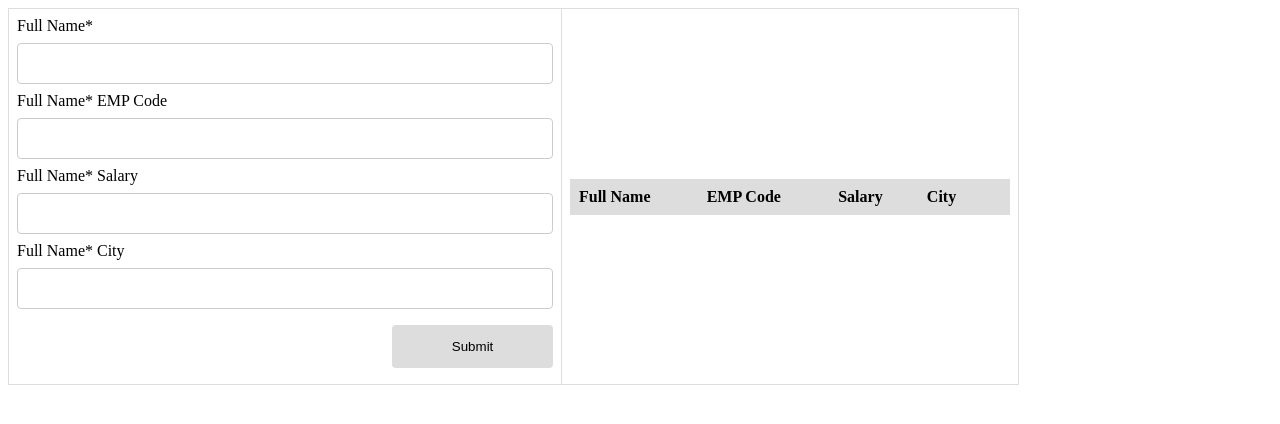
Repository: JohnRudolph1/CRUD-App
Page: index.html
The author's editor kept a copy of each file at every save. The page is drawn from the files as they stood at one save, then again after the next save.
The browser window is 1280 px wide. The pictures show the whole page.

Above is the page before, as saved 2021-12-10 22:57:34.

### index.html
<!DOCTYPE html>
<html>

<head>
    <title>
        Html CRUD with Pure JavaScript
    </title>
    <link rel="stylesheet" href="stylles.css">
</head>

<body>
    <table>
        <tr>
            <td>
                <form onsubmit="event.preventDefault();onFormSubmit();" autocomplete="off">
                    <div>
                        <label>Full Name*</label><label class="validation-error hide" id="fullNameValidationError">This
                            field is required.</label>
                        <input type="text" name="fullName" id="fullName">
                    </div>
                    <div>
                        <label>Full Name*</label><label class="validation-error hide" id="empCodeValidationError">This
                            field is required.</label>
                        <label>EMP Code</label>
                        <input type="text" name="empCode" id="empCode">
                    </div>
                    <div>
                        <label>Full Name*</label><label class="validation-error hide" id="salaryValidationError">This
                            field is required.</label>
                        <label>Salary</label>
                        <input type="text" name="salary" id="salary">
                    </div>
                    <div>
                        <label>Full Name*</label><label class="validation-error hide" id="cityValidationError">This
                            field is required.</label>
                        <label>City</label>
                        <input type="text" name="city" id="city">
                    </div>
                    <div class="form-action-buttons">
                        <input type="submit" value="Submit">
                    </div>
                </form>
            </td>
            <td>
                <table class="list" id="employeeList">
                    <thead>
                        <tr>
                            <th>Full Name</th>
                            <th>EMP Code</th>
                            <th>Salary</th>
                            <th>City</th>
                            <th></th>
                        </tr>
                    </thead>
                    <tbody>

                    </tbody>
                </table>
            </td>
        </tr>
    </table>
    <script src="script.js"></script>
</body>

</html>

### stylles.css
body > table {
  width: 80%;
}

table {
  border-collapse: collapse;
}
table.list {
  width: 100%;
}

td,
th {
  border: 1px solid #dddddd;
  text-align: left;
  padding: 8px;
}
tr:nth-child(even),
table.list thead > tr {
  background-color: #dddddd;
}

input[type="text"],
input[type="number"] {
  width: 100%;
  padding: 12px 20px;
  margin: 8px 0;
  display: inline-block;
  border: 1px solid #ccc;
  border-radius: 4px;
  box-sizing: border-box;
}

input[type="submit"] {
  width: 30%;
  background-color: #ddd;
  color: #000;
  padding: 14px 20px;
  margin: 8px 0;
  border: none;
  border-radius: 4px;
  cursor: pointer;
}

form div.form-action-buttons {
  text-align: right;
}

a {
  cursor: pointer;
  text-decoration: underline;
  color: #0000ee;
  margin-right: 4px;
}

label.validation-error {
  color: red;
  margin-left: 5px;
}

.hide {
  display: none;
}

### script.js
var selectedRow = null;

function onFormSubmit() {
  if (validate()) {
    var formData = readFormData();
    if (selectedRow == null) insertNewRecord(formData);
    else updateRecord(formData);
    resetForm();
  }
}

function readFormData() {
  var formData = {};
  formData["fullName"] = document.getElementById("fullName").value;
  formData["empCode"] = document.getElementById("empCode").value;
  formData["salary"] = document.getElementById("salary").value;
  formData["city"] = document.getElementById("city").value;
  return formData;
}

function insertNewRecord(data) {
  var table = document
    .getElementById("employeeList")
    .getElementsByTagName("tbody")[0];
  var newRow = table.insertRow(table.length);
  cell1 = newRow.insertCell(0);
  cell1.innerHTML = data.fullName;
  cell2 = newRow.insertCell(1);
  cell2.innerHTML = data.empCode;
  cell3 = newRow.insertCell(2);
  cell3.innerHTML = data.salary;
  cell4 = newRow.insertCell(3);
  cell4.innerHTML = data.city;
  cell4 = newRow.insertCell(4);
  cell4.innerHTML = `<a onClick="onEdit(this)">Edit</a>
                       <a onClick="onDelete(this)">Delete</a>`;
}

function resetForm() {
  document.getElementById("fullName").value = "";
  document.getElementById("empCode").value = "";
  document.getElementById("salary").value = "";
  document.getElementById("city").value = "";
  selectedRow = null;
}

function onEdit(td) {
  selectedRow = td.parentElement.parentElement;
  document.getElementById("fullName").value = selectedRow.cells[0].innerHTML;
  document.getElementById("empCode").value = selectedRow.cells[1].innerHTML;
  document.getElementById("salary").value = selectedRow.cells[2].innerHTML;
  document.getElementById("city").value = selectedRow.cells[3].innerHTML;
}
function updateRecord(formData) {
  selectedRow.cells[0].innerHTML = formData.fullName;
  selectedRow.cells[1].innerHTML = formData.empCode;
  selectedRow.cells[2].innerHTML = formData.salary;
  selectedRow.cells[3].innerHTML = formData.city;
}

function onDelete(td) {
  if (confirm("Are you sure to delete this record ?")) {
    row = td.parentElement.parentElement;
    document.getElementById("employeeList").deleteRow(row.rowIndex);
    resetForm();
  }
}
function validate() {
  isValid = true;
  if (document.getElementById("fullName").value == "") {
    isValid = false;
    document.getElementById("fullNameValidationError").classList.remove("hide");
  } else {
    isValid = true;
    if (
      !document
        .getElementById("empCodeValidationError")
        .classList.contains("hide")
    )
      document.getElementById("empCodeValidationError").classList.add("hide");
  }
  return isValid;
}
// function validate() {
//     isValid = true;
//     if (document.getElementById("salary").value == "") {
//       isValid = false;
//       document.getElementById("salaryValidationError").classList.remove("hide");
//     } else {
//       isValid = true;
//       if (
//         !document
//           .getElementById("salaryValidationError")
//           .classList.contains("hide")
//       )
//         document.getElementById("salaryValidationError").classList.add("hide");
//     }
//     return isValid;
//   }
//   function validate() {
//     isValid = true;
//     if (document.getElementById("city").value == "") {
//       isValid = false;
//       document.getElementById("cityValidationError").classList.remove("hide");
//     } else {
//       isValid = true;
//       if (
//         !document
//           .getElementById("cityValidationError")
//           .classList.contains("hide")
//       )
//         document.getElementById("cityValidationError").classList.add("hide");
//     }
//     return isValid;
//   }
//   function validate() {
//     isValid = true;
//     if (document.getElementById("fullName").value == "") {
//       isValid = false;
//       document.getElementById("fullNameValidationError").classList.remove("hide");
//     } else {
//       isValid = true;
//       if (
//         !document
//           .getElementById("fullNameValidationError")
//           .classList.contains("hide")
//       )
//         document.getElementById("fullNameValidationError").classList.add("hide");
//     }
//     return isValid;
//   }

After the next save:
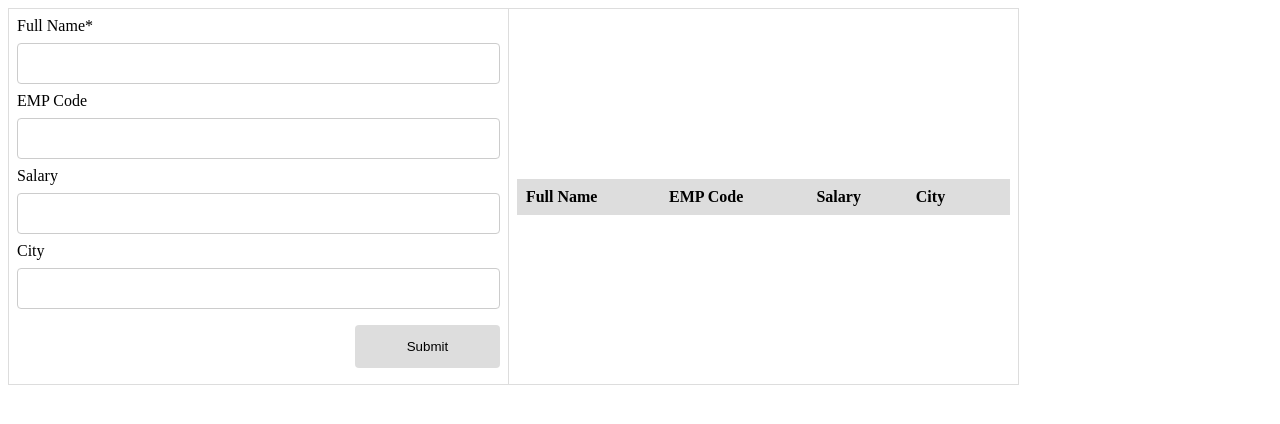
Saved 8 s later.
--- a/index.html
+++ b/index.html
@@ -19,20 +19,14 @@
                         <input type="text" name="fullName" id="fullName">
                     </div>
                     <div>
-                        <label>Full Name*</label><label class="validation-error hide" id="empCodeValidationError">This
-                            field is required.</label>
                         <label>EMP Code</label>
                         <input type="text" name="empCode" id="empCode">
                     </div>
                     <div>
-                        <label>Full Name*</label><label class="validation-error hide" id="salaryValidationError">This
-                            field is required.</label>
                         <label>Salary</label>
                         <input type="text" name="salary" id="salary">
                     </div>
                     <div>
-                        <label>Full Name*</label><label class="validation-error hide" id="cityValidationError">This
-                            field is required.</label>
                         <label>City</label>
                         <input type="text" name="city" id="city">
                     </div>

After the 3 saves that followed:
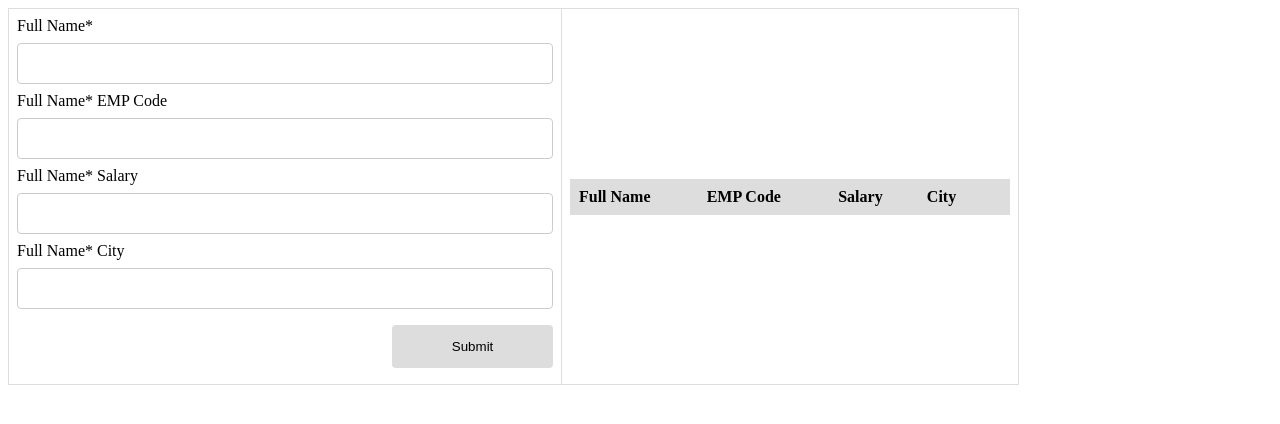
The 3 saves are shown as one change because they came seconds apart.
The last was saved 18 s later.
--- a/index.html
+++ b/index.html
@@ -19,14 +19,20 @@
                         <input type="text" name="fullName" id="fullName">
                     </div>
                     <div>
+                        <label>Full Name*</label><label class="validation-error hide" id="empCodeValidationError">This
+                            field is required.</label>
                         <label>EMP Code</label>
                         <input type="text" name="empCode" id="empCode">
                     </div>
                     <div>
+                        <label>Full Name*</label><label class="validation-error hide" id="salaryValidationError">This
+                            field is required.</label>
                         <label>Salary</label>
                         <input type="text" name="salary" id="salary">
                     </div>
                     <div>
+                        <label>Full Name*</label><label class="validation-error hide" id="cityValidationError">This
+                            field is required.</label>
                         <label>City</label>
                         <input type="text" name="city" id="city">
                     </div>
